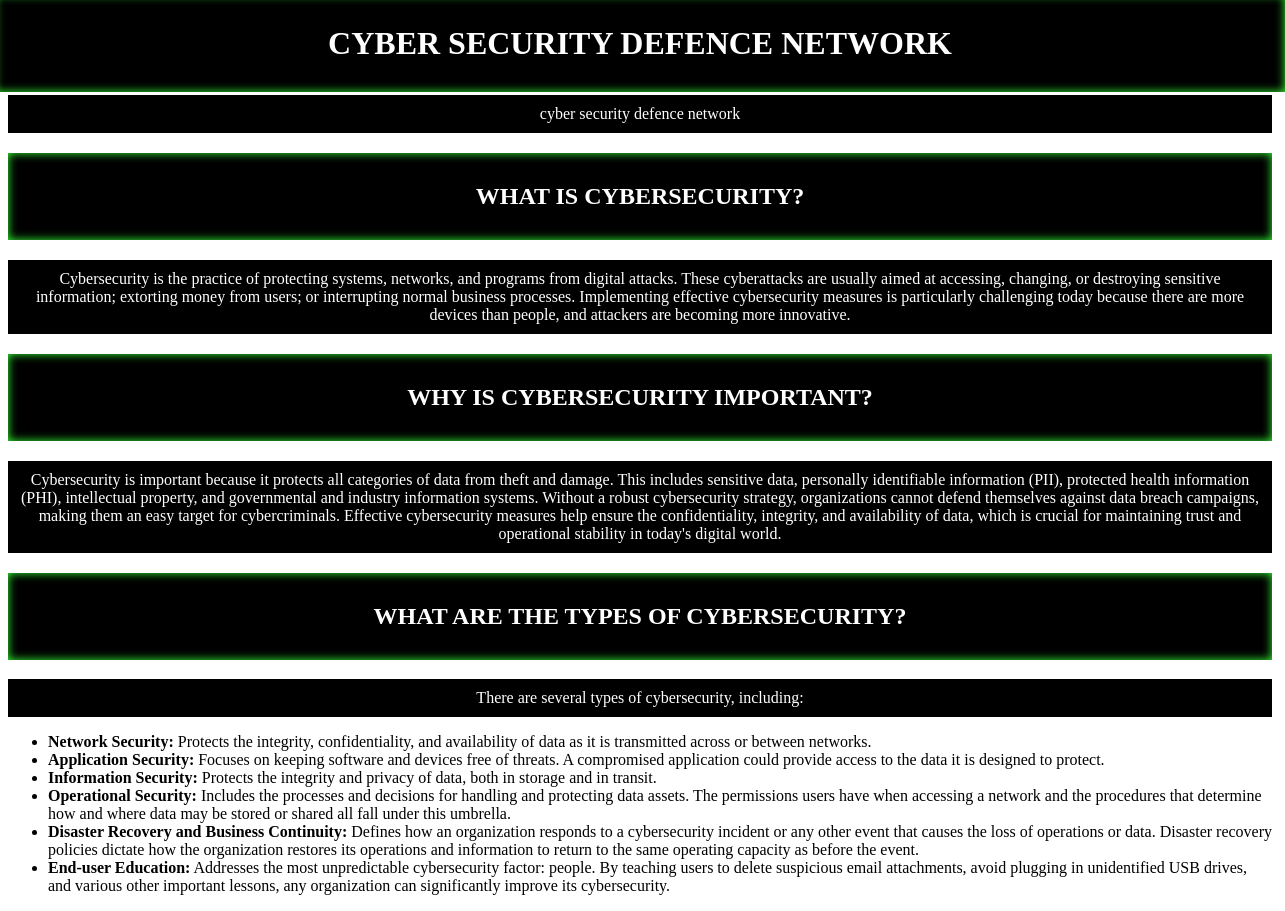
Repository: newworldhost/nwh
Page: index.html
An editor plug-in stored every save of this project. The page is shown before and after the next save, followed by the edit.
The browser window is 1280 px wide. The page is 1285 px wide, so the pictures cover 1285 px, including what lies to the right of the window. The pictures show the whole page.

Above is the page before, as saved 2025-03-04 15:42:26.

After the next save:
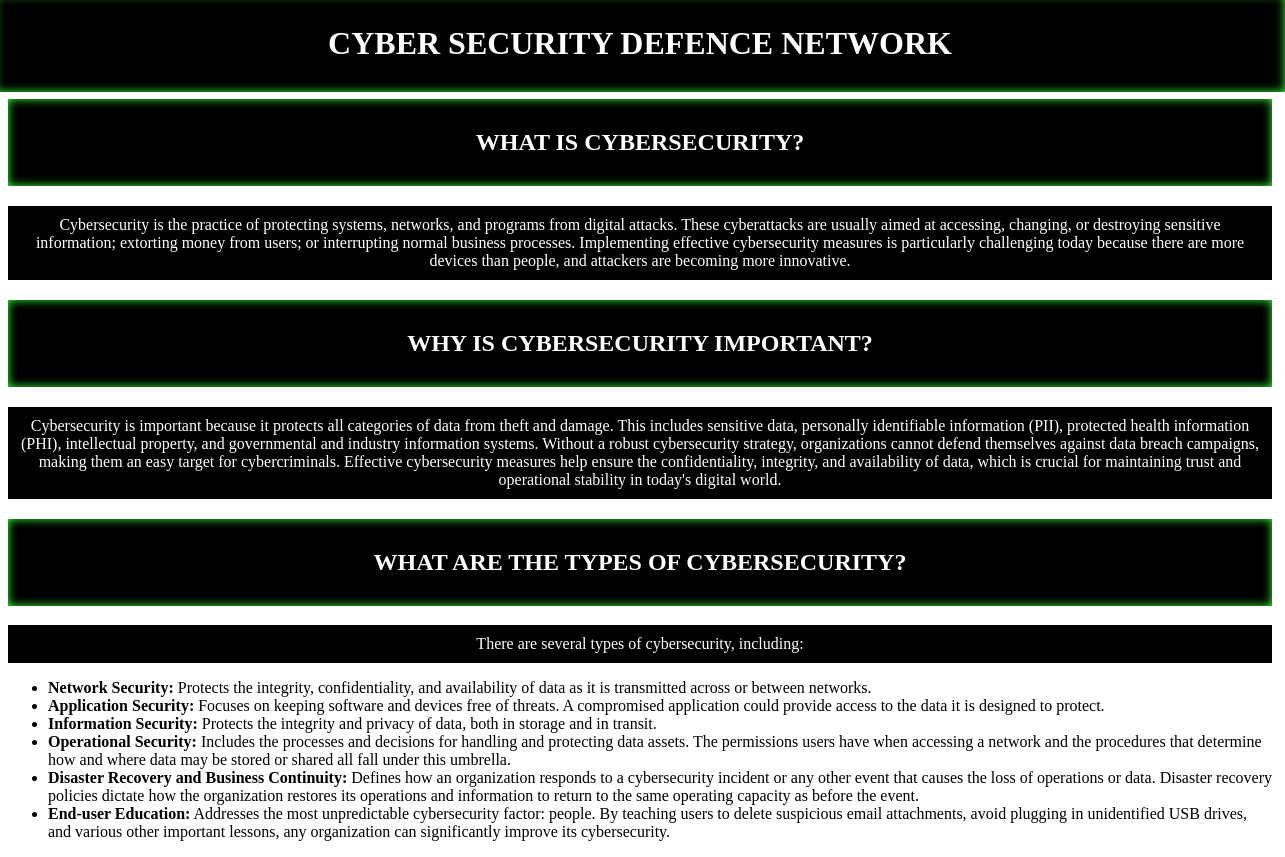
Saved 15 s later.
--- a/index.html
+++ b/index.html
@@ -11,7 +11,7 @@
 </head>
 <body>
     <h1>cyber security defence network</h1>
-    <p>cyber security defence network</p>
+
     <h2>What is cybersecurity?</h2>
     <p>Cybersecurity is the practice of protecting systems, networks, and programs from digital attacks. These cyberattacks are usually aimed at accessing, changing, or destroying sensitive information; extorting money from users; or interrupting normal business processes. Implementing effective cybersecurity measures is particularly challenging today because there are more devices than people, and attackers are becoming more innovative.</p>
     <h2>Why is cybersecurity important?</h2>
